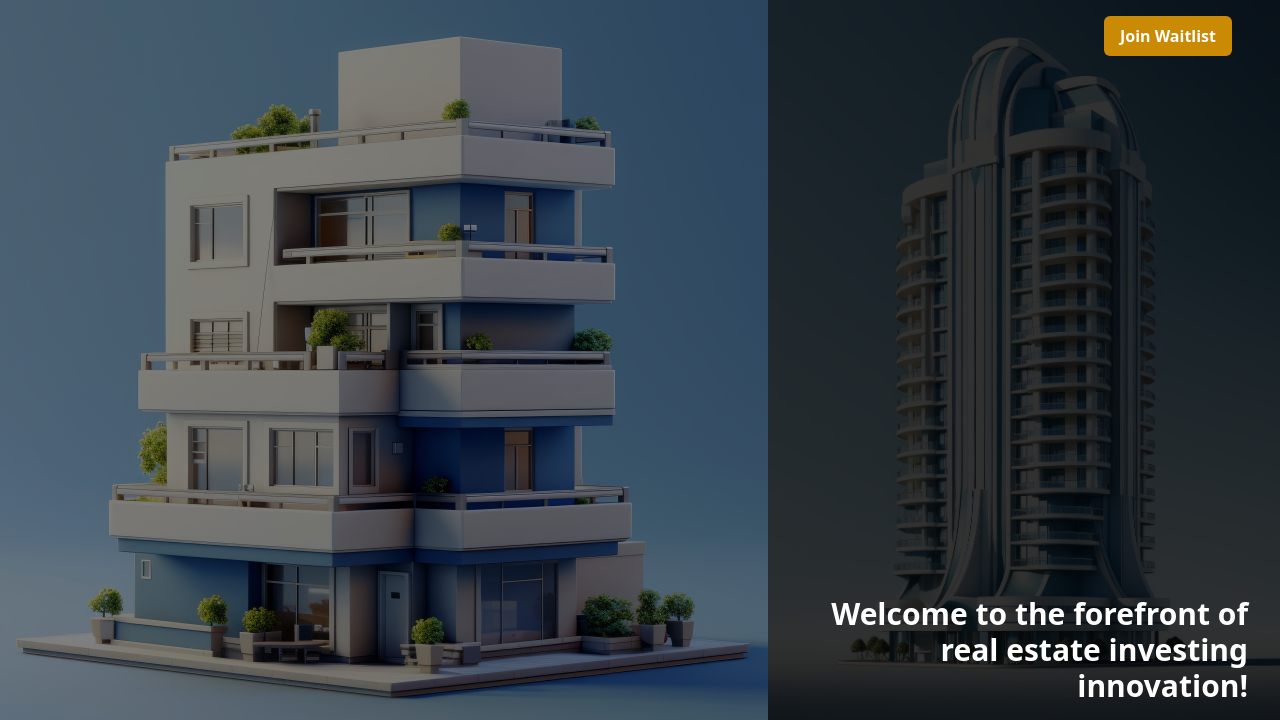
Repository: brytemenz/investnest-landing
Page: /
An editor plug-in stored every save of this project. The page is shown before and after the next save, followed by the edit.
The browser window is 1280 px wide. The pictures show the whole page.
The project was rebuilt for these pictures with package versions that can differ from the ones it lists, and the page was loaded fresh each time. Also part of the build but not shown: vite.config.js.

Above is the page before, as saved 2024-05-28 19:16:15.

After the next save:
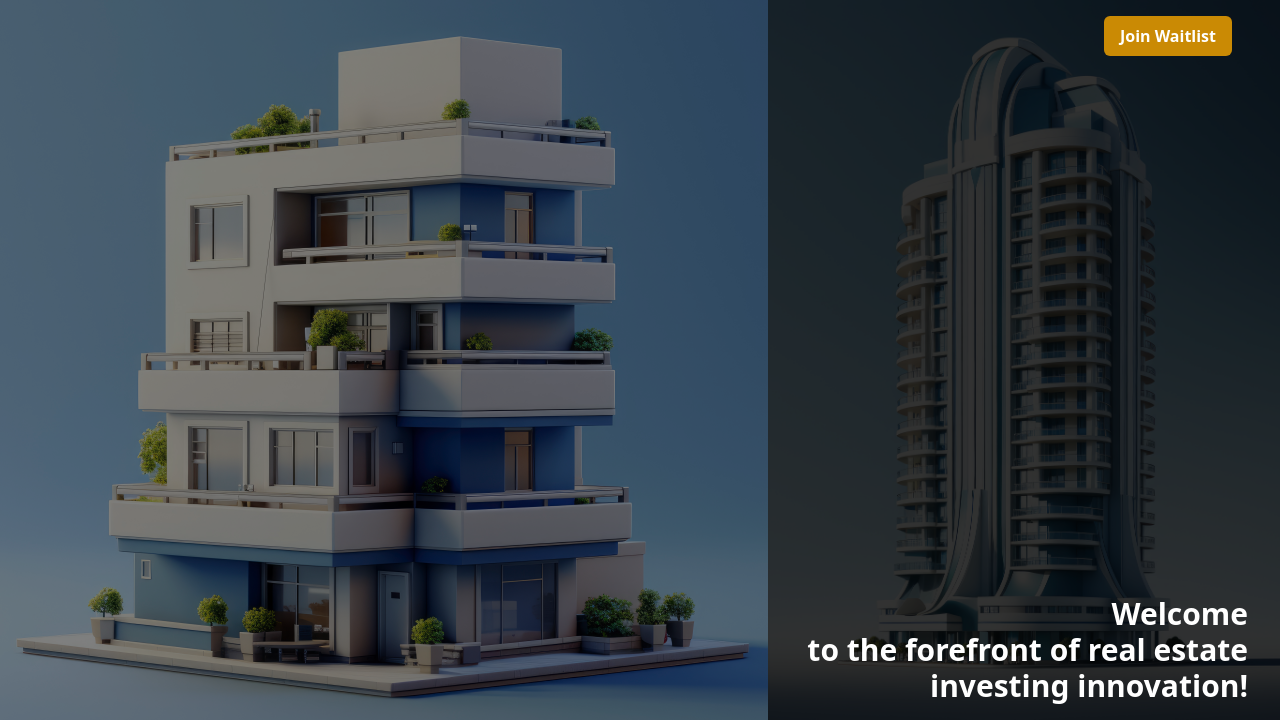
Saved 22 s later.
--- a/src/pages/landingPage.jsx
+++ b/src/pages/landingPage.jsx
@@ -16,7 +16,7 @@ const LandingPage = () => {
           <div className="absolute inset-0 bg-black bg-opacity-80 flex flex-col justify-between items-end text-white px-8">
             <button className="bg-yellow-600 text-white px-4 py-2 rounded-md font-bold mt-4 mr-4">Join Waitlist</button>
             <div className="mt-8 text-right">
-              <h2 className="text-3xl font-bold mb-4">Welcome to the forefront of real estate investing innovation!</h2>
+              <h2 className="text-3xl font-bold mb-4">Welcome <br/>to the forefront of real estate investing innovation!</h2>
             </div>
           </div>
         </div>
